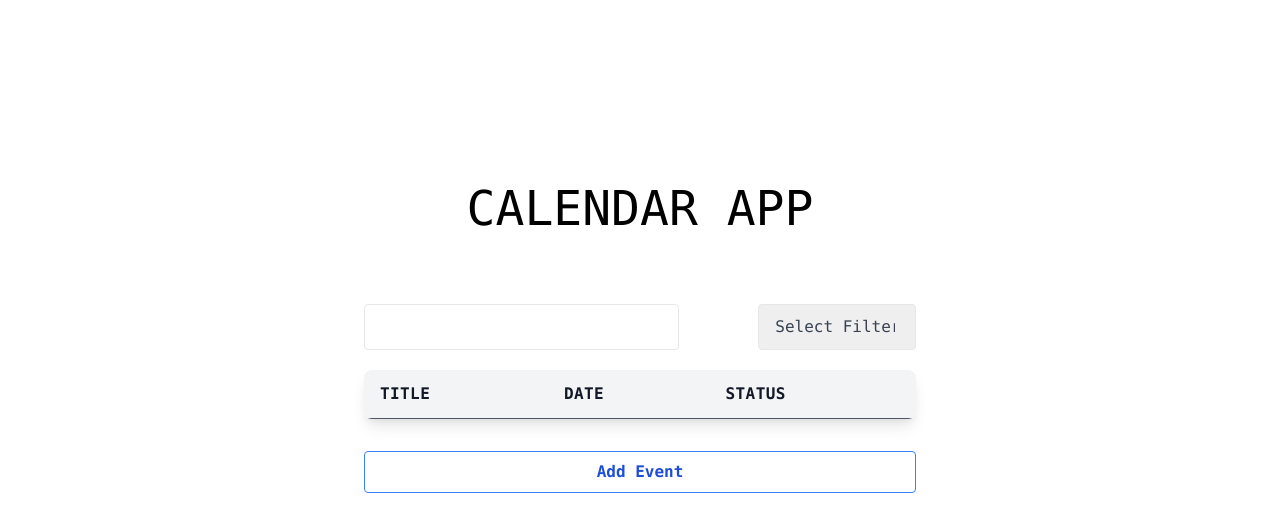
Repository: maikeru-desu/parking-lot
Page: / (app in parking-lot-fe/)
The author's editor kept a copy of each file at every save. The page is drawn from the files as they stood at one save, then again after the next save.
The browser window is 1280 px wide. The pictures show the whole page.
The page's requests for data from a server got no answer. The project was rebuilt for these pictures with package versions that can differ from the ones it lists, and the page was loaded fresh each time. No one was signed in, and anything a server would have sent is missing. Also part of the build but not shown: parking-lot-fe/craco.config.js, parking-lot-fe/src/pages/Add.js, parking-lot-fe/src/pages/Edit.js.

Above is the page before, as saved 2021-10-14 08:59:20.

After the next save:
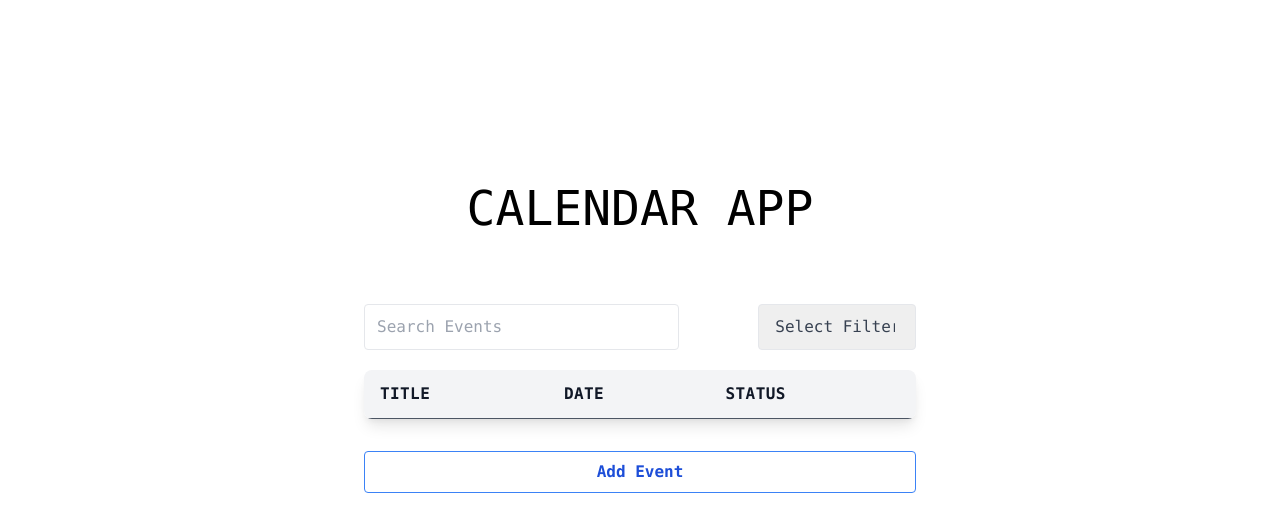
Saved 18 s later.
--- a/parking-lot-fe/src/pages/Home.js
+++ b/parking-lot-fe/src/pages/Home.js
@@ -35,6 +35,7 @@ const Home = () => {
                     value={title}
                     type={title}
                     onChange={handleChange}
+                    placeholder="Search Events"
                     className="mb-5 col-start-1 col-span-4 appearance-none border rounded w-full py-2 px-3 text-gray-700 leading-tight focus:outline-none focus:shadow-outline focus:border-gray-500"
                 />
 
